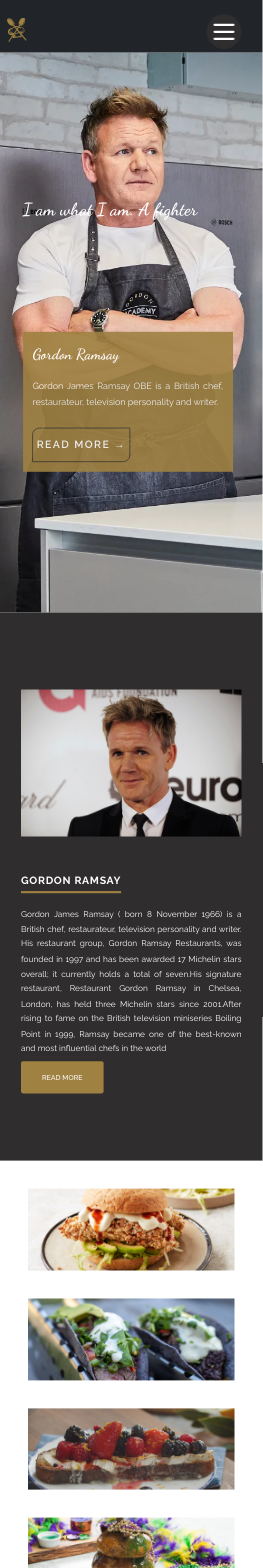
Repository: Esraa22M/Gordon-Ramsay-Biography
Page: index.html
These files come from the project's save history. The page is drawn as it stood at one moment and after the next save; the edit follows.
The browser window is 375 px wide. The pictures show the part of the page from y = 0 to 2240 px (the page is 2749 px tall), at 70% of full size.
Backgrounds fixed to the window are drawn as part of the page. Some web libraries are served in a nearby version.

Above is the page before, as saved 2022-12-16 00:27:18.

### index.html
<!DOCTYPE html>
<html lang="en">

<head>
    <meta charset="UTF-8">
    <meta http-equiv="X-UA-Compatible" content="IE=edge">
    <meta name="viewport" content="width=device-width, initial-scale=1.0">
    <title>Gordon-Ramsay-Biography
    </title>
    <!-- google fonts -->
    <link rel="preconnect" href="https://fonts.googleapis.com">
    <link rel="preconnect" href="https://fonts.gstatic.com" crossorigin>
    <link
        href="https://fonts.googleapis.com/css2?family=Dancing+Script:wght@400;500;600;700&family=Raleway:ital,wght@0,100;0,200;0,300;0,400;0,500;0,600;0,700;0,800;0,900;1,100;1,200;1,300;1,400;1,500;1,600;1,700;1,800;1,900&display=swap"
        rel="stylesheet">
    <link href="https://fonts.googleapis.com/css2?family=Dancing+Script:wght@400;500;600;700&display=swap"
        rel="stylesheet">

    <!-- external style -->
    <link rel="stylesheet" href="style.css" />
    <!-- fontawsome -->
    <script src="https://kit.fontawesome.com/8684e53235.js" crossorigin="anonymous"></script>
    <!-- scripts -->
    <script src="main.js" defer></script>
</head>

<body>
    <!-- Asidebar Nav-->
    <!-- <aside id="aside-nav">
        <div class="aside--nav__content">
            <img src="./img/chef-logo.svg" alt="side Navbar logo" class="aside--nav__content__logo" loading="lazy">

            <nav class="aside-nav__content__nav" role="side nav">
                <ul class="aside--nav__content__nav--social">
                    <li><a href="#"><i class="fab fa-facebook-f"></i></a></li>
                    <li><a href="#"><i class="fab fa-twitter"></i></a></li>
                    <li><a href="#"><i class="fab fa-linkedin-in"></i></a></li>
                    <li><a href="#"><i class="fab fa-instagram"></i></a></li>
                    <li><a href="#"><i class="fab fa-dribbble"></i></a></li>
                    <li><a href="#"><i class="fa-brands fa-pinterest"></i></a></li>
                </ul>
            </nav>
        </div>
    </aside> -->
    <!-- Main Content -->
    <main>
        <header id="header">
            <div class="primary-nav-container">
                <img src="./img/chef-logo.svg" alt="side Navbar logo" class="aside--nav__content__logo" loading="lazy">

                <!-- hamburger icon -->
                <div class="header__primary-nav--hamburger">
                    <div class="line line-1"></div>
                    <div class="line line-2"></div>
                    <div class="line line-3"></div>
                </div>
                <!-- Primary Nav -->
                <nav id="header__primary-nav">

                    <ul class="header__primary-nav-links">
                        <li class="header__primary-nav-links--link-item"><a href="#"
                                class="header__primary-nav--nav-link">Home</a></li>
                        <li class="header__primary-nav-links--link-item"><a href="#"
                                class="header__primary-nav--nav-link">About</a></li>
                        <li class="header__primary-nav-links--link-item"><a href="#"
                                class="header__primary-nav--nav-link">Recipes</a></li>
                        <li class="header__primary-nav-links--link-item"><a href="#"
                                class="header__primary-nav--nav-link">Services</a></li>
                        <li class="header__primary-nav-links--link-item"><a href="#"
                                class="header__primary-nav--nav-link">Qoutes</a></li>
                        <li class="header__primary-nav-links--link-item"><a href="#"
                                class="header__primary-nav--nav-link">Contact</a></li>
                    </ul>
                </nav>
            </div>
        </header>
        <!-- hero section -->
        <section id="show-case">
            <h1 class="show-case__word">I am what I am. A fighter</h1>
            <div class="show-case__content">
                <h1 class="show-case__content-title"> Gordon Ramsay
                </h1>
                <p class="show-case__content--bio">Gordon James Ramsay OBE is a British chef,
                    restaurateur, television personality and
                    writer.
                </p>
                <a href="#" class="show-case__content--link">Read More &#8594
                </a>
            </div>
        </section>
        <!-- About me section -->
        <section id="about-chef">
            <div class="about-chef__img">
                <img src="./img/Dishes/aboutMe.jpg" alt="Gorden Ramzy" />
            </div>
            <div class="about-chef__content">
                <h2 class="about-chef__content--header"> Gordon Ramsay</h2>
                <p class="about-chef__content--description">Gordon James Ramsay ( born 8 November 1966) is a British
                    chef, restaurateur, television
                    personality and
                    writer. His restaurant group, Gordon Ramsay Restaurants, was founded in 1997 and has been awarded 17
                    Michelin stars
                    overall; it currently holds a total of seven.His signature restaurant, Restaurant Gordon Ramsay in
                    Chelsea,
                    London, has held three Michelin stars since 2001.After rising to fame on the British television
                    miniseries Boiling
                    Point in 1999, Ramsay became one of the best-known and most influential chefs in the world</p>
                <a href="#" class="about-chef__content--link">Read More</a>
            </div>
        </section>
        <!-- work section -->
        <section id="work">
            <div class="work__card">
                <img src="./img/Dishes/California-fried-chicken-sandwich.png" alt="recipe" loading="lazy" />
                <section id="recipe">
                    <h2 class="recipe__name">CALIFORNIA ‘FRIED’ CHICKEN SANDWICH
                    </h2>
                    <p class="recipe__description">
                        Recipes extracted from Gordon Ramsay’s Ultimate Fit Food by Gordon Ramsay, published by Hodder &
                        Stoughton,
                    </p>
                </section>
            </div>
            <div class="work__card">
                <img src="./img/Dishes/CroppedFocusedImage.jpg" alt="recipe" loading="lazy" />
                <section id="recipe">
                    <h2 class="recipe__name">TEXAS HANGER STEAK TACOS WITH PICO DE GALLO FROM RAMSAY AROUND THE WORLD

                    </h2>
                    <p class="recipe__description">
                        Recipes extracted from Gordon Ramsay’s Ultimate Fit Food by Gordon Ramsay, published by Hodder &
                        Stoughton,
                    </p>
                </section>
            </div>
            <div class="work__card">
                <img src="./img/Dishes/FruitsCake.png" alt="recipe" loading="lazy" />
                <section id="recipe">
                    <h2 class="recipe__name">MELTED BRIE TOAST WITH MACERATED BERRIES


                    </h2>
                    <p class="recipe__description">
                        Recipes extracted from Gordon Ramsay’s Ultimate Fit Food by Gordon Ramsay, published by Hodder &
                        Stoughton,
                    </p>
                </section>
            </div>
            <div class="work__card">
                <img src="./img/Dishes/KingCake.jpg" alt="recipe" loading="lazy" />
                <section id="recipe">
                    <h2 class="recipe__name">MINI KING CAKE STACK WITH MAPLE PECAN GLAZE
                    </h2>
                    <p class="recipe__description">
                        Recipes extracted from Gordon Ramsay’s Ultimate Fit Food by Gordon Ramsay, published by Hodder &
                        Stoughton,
                    </p>
                </section>
            </div>
            <div class="work__card">
                <img src="./img/Dishes/Lean-MACHINE-chicken-skewers.jpg" alt="recipe" loading="lazy" />
                <section id="recipe">
                    <h2 class="recipe__name">PIMENTO DIP
                    </h2>
                    <p class="recipe__description">
                        Recipes extracted from Gordon Ramsay’s Ultimate Fit Food by Gordon Ramsay, published by Hodder &
                        Stoughton,
                    </p>
                </section>
            </div>
            <div class="work__card">
                <img src="./img/Dishes/Mushroomtoast.jpg" alt="recipe" loading="lazy" />
                <section id="recipe">
                    <h2 class="recipe__name">PUERTO RICAN STYLE STEAK SANDWICH FROM RAMSAY AROUND THE WORLD
                    </h2>
                    <p class="recipe__description">
                        Recipes extracted from Gordon Ramsay’s Ultimate Fit Food by Gordon Ramsay, published by Hodder &
                        Stoughton,
                    </p>
                </section>
            </div>
        </section>

    </main>
</body>

</html>

### style.css
*,
*::after,
*::before {
  box-sizing: border-box;
  margin: 0;
  padding: 0;
}
/* utility components */
:root {
  font-size: 62.5%;
  /* colors */
  --clr-neutral-200: rgb(47, 45, 45);
  --clr-neutral-100: #212529;
  --clr-light: #ffff;
  --clr-primary: rgb(159, 129, 66);
  --ff-primary: "Raleway", sans-serif;

  --ff-secondary: "Dancing Script", cursive;
}
body {
  font-family: var(--ff-primary);
  line-height: 1.8;
  display: flex;
  max-width: 100%;
}
ul {
  list-style: none;
}
:where(a:link),
:where(a:visited) {
  text-decoration: none;
  cursor: pointer;
  color: var(--clr-light);
}
/* -------------------Main Styling-------*/
/* ---side nav-- */
#aside-nav {
  position: sticky;
  /* top: 0; */
  /* left: 0; */
  z-index: 1100;
  background-color: lightgray;
  /* height: 100vh; */
}
.aside--nav__content {
  display: flex;
  justify-content: space-between;
  /* height: 100vh; */
  /* display: flex;
  flex-direction: column;
  justify-content: space-between;
  background-color: lightgray;
  align-items: center; */
}
.aside-nav__content__nav {
  display: flex;
  flex: 1;
}
.aside-nav__content__nav ul {
  /* height: 100%; */
  display: flex;
  width: 100%;
  justify-content: space-evenly;
  align-items: center;
}
.aside--nav__content__logo {
  margin-top: 1rem;
  height: calc(3vw + 3vh);
  object-fit: cover;
}
/* Main content */
main {
  flex: 1;
}
/* ---Primary Nav ---*/
header#header {
  background-color: var(--clr-neutral-100);
  width: 100%;
  position: sticky;
  top: 0;
  z-index: 1000;
  right: 0;
}
.primary-nav-container {
  display: flex;
  align-items: center;
  justify-content: space-between;
}
@media screen and (min-width:900px) {
  .navbar__scroll--style {
  background-color: var(--clr-light);
}
}

.navbar__scroll--style-link {
  color: var(--clr-neutral-100);
}
:where(#header__primary-nav) {
  height: calc(3vw + 3vh);
  width: 100%;
}
.header__primary-nav-links {
  display: flex;
  height: 100%;
  justify-content: center;
  align-items: center;
}
.header__primary-nav-links .header__primary-nav-links--link-item {
  padding-right: 3vw;
}
.header__primary-nav--nav-link {
  font-size: 1.8rem;
  text-transform: capitalize;
  position: relative;
  padding: 0.2rem 0.6rem;
}
.header__primary-nav--nav-link:link::before,
.header__primary-nav--nav-link:visited::before,
.header__primary-nav--nav-link:link::after,
.header__primary-nav--nav-link:visited::after {
  content: "";
  position: absolute;
  left: 0;
  width: 100%;
  height: 0.25rem;
  background-color: var(--clr-primary);
  transform: scaleX(0);
  transition: transform 0.6s cubic-bezier(1, 0, 0, 1);
}
.header__primary-nav--nav-link:link::before,
.header__primary-nav--nav-link:visited::before {
  top: 0;
  transform-origin: right;
}
.header__primary-nav--nav-link:link::after,
.header__primary-nav--nav-link:visited::after {
  bottom: 0;
  transform-origin: left;
}
.header__primary-nav--nav-link:hover::before,
.header__primary-nav--nav-link:active::before,
.header__primary-nav--nav-link:hover::after,
.header__primary-nav--nav-link:active::after {
  transform: scaleX(1);
}
/*-------------showcase section---------------*/
section#show-case {
  background-image: url("./img/GRA_Gordon_010921.webp");
  background-size: cover;
  object-fit: cover;
  background-attachment: fixed;
  background-position: 20%;
  height: 100vh;
  color: var(--clr-light);
  display: flex;
  justify-content: space-evenly;
  padding: 5rem 0;
  align-items: center;
}
.show-case__content {
  background-color: var(--clr-primary);
  opacity: 0.9;
  padding: calc(1rem + 1vw);
  min-height: calc(4rem + 20vmax);
  width: calc(4rem + 30vmax);
  display: flex;
  flex-direction: column;
  justify-content: space-between;
  animation: hero 2s ease-in-out;
}
@keyframes hero {
  0% {
    transform: translateX(-60rem) rotate(369deg);
    opacity: 0;
  }
  100% {
    transform: translateX(0);
    opacity: 1;
  }
}
.show-case__word {
  width: 30rem;
  font-size: calc(1rem + 4vw);
}
.show-case__content-title {
  font-size: calc(1rem + 3vw);
}
.show-case__content-title,
.show-case__word {
  font-family: var(--ff-secondary);
}
.show-case__content--bio {
  font-size: calc(1rem + 0.75vw);
  text-align: justify;
}
.show-case__content--link:visited,
.show-case__content--link:link {
  padding: 1rem 0;
  transition: all 0.5s ease-in-out;
  width: 14rem;
  text-align: center;
  margin-top: 1rem;

  text-transform: uppercase;
  font-size: 1.5rem;
  position: relative;
  border: 1px solid var(--clr-neutral-200);
  border-bottom-right-radius: 1rem 1rem;
  border-top-left-radius: 1rem 1rem;
  font-weight: 600;
  letter-spacing: 0.2rem;
}
.show-case__content--link:visited::after,
.show-case__content--link:link::after {
  content: "";
  position: absolute;
  z-index: -2;
  inset: 0;
  background-color: var(--clr-neutral-200);
  transform: scaleX(0);
  transform-origin: right;
  transition: transform 0.4s;
}
.show-case__content--link:visited:hover,
.show-case__content--link:link:hover {
  border-radius: unset;
  border: unset;
}
.show-case__content--link:hover::after,
.show-case__content--link:active::after {
  transform: scaleX(1);
  transform-origin: left;
}

/* work section */
section#work {
  display: flex;
  flex-wrap: wrap;
  justify-content: center;
  padding: 2rem;
}
div.work__card {
  padding: 2rem;
  flex-grow: 1;
  flex-basis: 40rem;
}
div.work__card img {
  width: 100%;
  height: 100%;
  object-fit: cover;
  transition: all 0.5s ease-in-out;
}
.hide-img{
  opacity: 0;
  transform: scale(0);
}
/*recipe*/
#recipe {
  width: 70%;
  margin: auto;
  display: none;
  transform: scale(0);
  transition: all 0.5s ease-in-out;
}
.show-recipe{
  display: grid;
  transform: scale(1);
}
#recipe > * {
  font-weight: 400;
  font-family: var(--ff-primary);
  letter-spacing: 0.2px;
  text-align: left;
  padding: 2em;
}
.recipe__name {
  border-bottom: 2px solid var(--clr-primary);

  font-size: 3rem;
  text-transform: uppercase;
  line-height: 4rem;
}
.recipe__description {
  font-size: 2em;
}
/* ---About Chef---- */
section#about-chef {
  display: flex;
  justify-content: space-around;
  align-items: center;
  flex-wrap: wrap;
  padding: 10rem 2rem;
  color: var(--clr-light);
  background-color: var(--clr-neutral-200);
}
.about-chef__img,
.about-chef__content {
  flex-basis: 60rem;
  flex-grow: 1;
  padding: 1rem;
}
.about-chef__img img {
  max-width: 100%;
  height: 100%;
  object-fit: cover;
}
.about-chef__content--header {
  text-transform: uppercase;
  position: relative;
  width: fit-content;
  letter-spacing: 0.1rem;
  margin: 2rem 0;
  padding: 0.25em 0;
  flex-grow: 0;
  font-size: var(2rem + 4vw);
}
.about-chef__content--header::after {
  content: "";
  position: absolute;
  width: 100%;
  bottom: 0;
  left: 0;
  height: 0.25rem;
  background-color: var(--clr-primary);
}
.about-chef__content--description {
  font-size: calc(1rem + 0.5vw);
  margin-bottom: 2rem;
  text-align: justify;
}
.about-chef__content--link:link,
.about-chef__content--link:visited {
  background-color: var(--clr-primary);
  line-height: 1.9;
  margin-top: 1em;
  padding: 1.75em 3em;
  font-size: 1rem;
  font-weight: 500;
  text-transform: uppercase;
  border-radius: 0.3em;
  transform: all 0.5s;

  transition-timing-function: linear;
}
.about-chef__content--link:link:hover,
.about-chef__content--link:visited:hover {
  background-color: var(--clr-neutral-200);
  border: 1px solid var(--clr-primary);
}

@media screen and (max-width: 950px) {
  /* aside */
  body {

    flex-direction: column-reverse;
  }
  /*showcase section**/
  section#show-case {
    background-image: url(./img/GRA_Gordon.png);
    justify-content: space-evenly;
    align-items: flex-end;
    flex-direction: column;
    background-position: 10%;
  }
  .show-case__content,
  .show-case__word {
    width: 50%;
    margin-right: 1rem;
  }
}
/* max width (610px) */
@media screen and (max-width: 610px) {
  .primary-nav-container {
    position: relative;
  }
  :where(#header__primary-nav) {
    width: 30rem;
    height: 100%;
    position: fixed;
    background-color: var(--clr-neutral-200);
    top: 0;
    right: 0;
    z-index: 100;
    opacity: 0;
    text-align: center;
  }
  .main__nav--position {
    opacity: 1;
  }
  .header__primary-nav-links {
    flex-direction: column;
    background-color:var(--clr-primary);
    color: var(--clr-light);
    align-items: flex-start;
  }
  /* aside */
  .aside--nav__content__nav--social a i {
    font-size: calc(1rem + 2vw);
  }
  /* .header__primary-nav-links::after {
    content: "";
    position: absolute;
    height: 50%;
    width: 50%;
    opacity: 0.8;
    z-index: -1;
    border-radius: 10px 5% / 20px 25em 30px 35em;

    background-color: var(--clr-neutral-100);
    box-shadow: 0 0 0.3rem 0.1rem var(--clr-primary);
    left: 2rem;
  } */
  .primary-nav-container {
    padding: 1.5rem 1rem;
  }

  .header__primary-nav-links :where(.header__primary-nav-links--link-item) {
    margin-bottom: 4vh;
    margin-left: 6vw;
    opacity: 0;
  }

  .header__primary-nav--hamburger {
    width: 5rem;
    height: 5rem;
    position: fixed;
    z-index: 200;
    top: 2rem;
    right: 3rem;
    background-color: var(--clr-neutral-200);
    cursor: pointer;
    border-radius: 50%;
    padding: 1rem;
    display: flex;
    flex-direction: column;
    justify-content: space-around;
  }
  .line {
    width: 100%;
    height: 0.3rem;
    background-color: var(--clr-light);
    border-radius: 0.2rem;
    transition: all 0.4s ease-in-out;
  }
  .primary-nav-container[aria-expanded="true"] .line-1 {
    transform: rotateZ(-405deg) translate(-1.25rem);
  }
  .primary-nav-container[aria-expanded="true"] .line-2 {
    opacity: 0;
  }
  .primary-nav-container[aria-expanded="true"] .line-3 {
    transform: rotateZ(45deg) translate(-1.5rem);
  }
  .fade {
    opacity: 1;
  }
  section#show-case {
    background-position: 10%;
    align-items: center;
  }
  .show-case__content,
  .show-case__word {
    width: 80%;
  }
}

### main.js
"use strict";
/*----------primary nav------------*/
const mainNavContainer = document.querySelector(".primary-nav-container");
const hamburgerContainer = document.querySelector("#header__primary-nav");
const hamburger = document.querySelector(".header__primary-nav--hamburger");
const links = document.querySelectorAll(".header__primary-nav-links li");
let handleMainNavbarExpantion = function () {
  hamburgerContainer.classList.contains("main__nav--position")
    ? mainNavContainer.setAttribute("aria-expanded", false)
    : mainNavContainer.setAttribute("aria-expanded", true);
  hamburgerContainer.classList.toggle("main__nav--position");
  links.forEach((link, i) => {
    link.style.transition = `all 0.5s ease-in-out ${i * 0.2 + 0.2}s`;
    link.classList.toggle("fade");
  });
};
hamburger.addEventListener("click", handleMainNavbarExpantion);
///////////////////////////////////////
// Button scrolling
const readMoreButton = document.querySelector(".show-case__content--link");
console.log(readMoreButton);
const aboutChefSection = document.querySelector("#about-chef");
readMoreButton.addEventListener("click", function (e) {
  e.preventDefault();
  aboutChefSection.scrollIntoView({
    behavior: "smooth",
  });
});
////////////////////////////////////////////
/////Sticky Navbar scrolling behaviour///
const showCase = document.querySelector("#show-case");
const headerPrimaryNav = document.querySelector("#header__primary-nav");
const headerPrimaryNavLink = document.querySelectorAll(
  ".header__primary-nav--nav-link"
);
const stuckyObserverCallBack = function (enteries, observer) {
  const [entry] = enteries;
  //.navbar__scroll--style
  if (!entry.isIntersecting) {
    headerPrimaryNav.classList.add("navbar__scroll--style");
    headerPrimaryNavLink.forEach((link) =>
      link.classList.add("navbar__scroll--style-link")
    );
  } else {
    headerPrimaryNav.classList.remove("navbar__scroll--style");
    headerPrimaryNavLink.forEach((link) =>
      link.classList.remove("navbar__scroll--style-link")
    );
  }
};
const observerOptions = {
  root: null,
  threshold: 0.1,

};
const observer = new IntersectionObserver(
  stuckyObserverCallBack,
  observerOptions
);
observer.observe(showCase);

Loaded but not shown: img/chef-logo.svg (8 lines, source omitted)

After the next save:
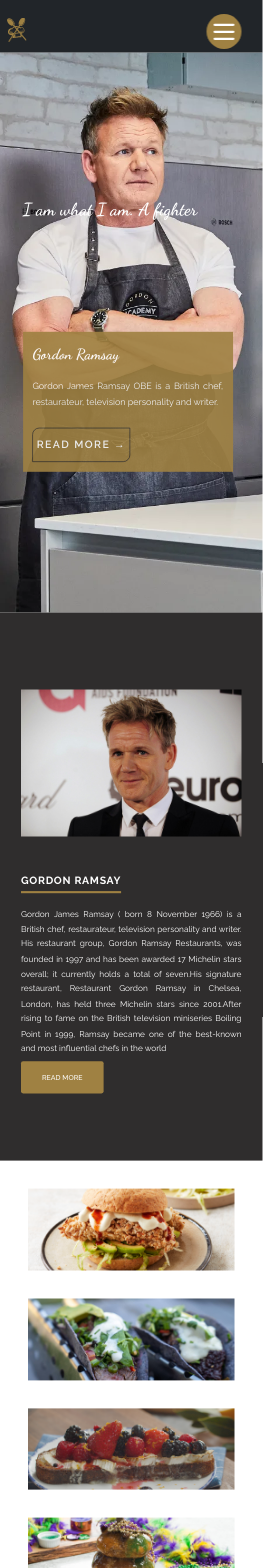
Saved 45 s later.
--- a/style.css
+++ b/style.css
@@ -427,7 +427,7 @@
     z-index: 200;
     top: 2rem;
     right: 3rem;
-    background-color: var(--clr-neutral-200);
+    background-color: var(--clr-primary);
     cursor: pointer;
     border-radius: 50%;
     padding: 1rem;
